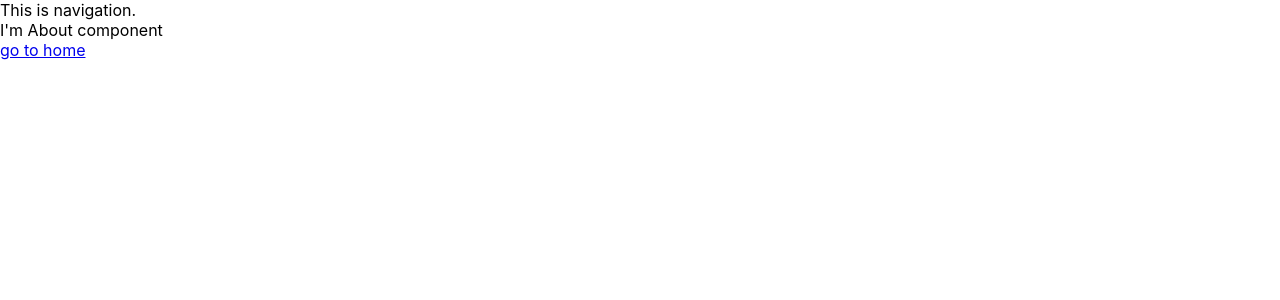
Repository: codest00001/cra-app_reactstudy
Page: /about
The author's editor kept a copy of each file at every save. The page is drawn from the files as they stood at one save, then again after the next save.
The browser window is 1280 px wide. The pictures show the whole page.
The project was rebuilt for these pictures with package versions that can differ from the ones it lists, and the page was loaded fresh each time. Also part of the build but not shown: src/pages/Home.js, src/pages/TodoLists.js.

Above is the page before, as saved 2024-09-11 10:46:07.

### src/index.js
import React from 'react'; //노드모듈안에 리액트가 있나보다하고 가져옴. 앞에 / 이런식의 경로 없으면 npm에서 설치된거구나하고생각.
import ReactDOM from 'react-dom/client';
import './index.css';
import App from './App';
//App.js에서 .js는 생략가능. 이렇게 불러와야 쓸 수 있음.
//아래에서 <APP />으로 사용
//app.js에서는 export해줘야함. 여기서는 임포트. 불러올 대상은 export마지막에 할 것.
import reportWebVitals from './reportWebVitals';

//index.html의 root를 가져옴.
//app.js로 가서 실행

const root = ReactDOM.createRoot(document.getElementById('root'));
root.render(
  //app.js로 가서 실행
  // <React.StrictMode>
    <App />
  // </React.StrictMode>
);

// If you want to start measuring performance in your app, pass a function
// to log results (for example: reportWebVitals(console.log))
// or send to an analytics endpoint. Learn more: https://bit.ly/CRA-vitals
reportWebVitals();

### src/App.js
import React, { useEffect, useState } from 'react';
import { BrowserRouter as Router, Routes, Route} from "react-router-dom";
import Home from './pages/Home'
import About from './pages/About'
import TodoLists from './pages/TodoLists'
import Nav from './components/Nav'

function App() {

  return (
  <>
  <Router>
<Nav></Nav>

    <Routes>
      <Route path="/" element={<Home/>}></Route>
      <Route path="/about" element={<About/>}></Route>
      <Route path="/todolists" element={<TodoLists/>}></Route>
      <Route ></Route>
    </Routes>
  </Router>

  </>
  );
}

export default App;

### src/pages/About.js
import {Link} from 'react-router-dom'

const About = () => {
    return (
        <>
        I'm About component <br/>
        <Link to="/">go to home</Link>
        </>
    )
}

export default About;

### src/components/Nav.js
const Nav = () => {
    return(
<>
<div>
This is navigation.
</div>

</>

    )

}

export default Nav;

Loaded but not shown: public/index.html (common file); src/index.css (common file); src/reportWebVitals.js (common file)

After the next save:
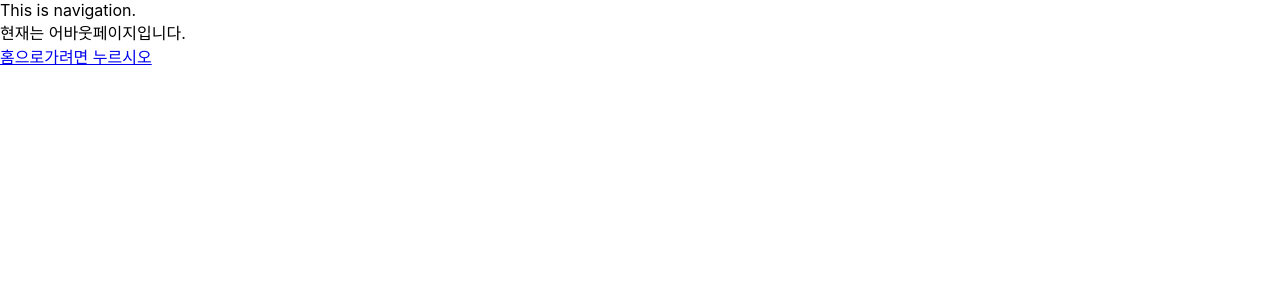
Saved 30 s later.
--- a/src/pages/About.js
+++ b/src/pages/About.js
@@ -3,8 +3,8 @@ import {Link} from 'react-router-dom'
 const About = () => {
     return (
         <>
-        I'm About component <br/>
-        <Link to="/">go to home</Link>
+        현재는 어바웃페이지입니다. <br/>
+        <Link to="/">홈으로가려면 누르시오</Link>
         </>
     )
 }
